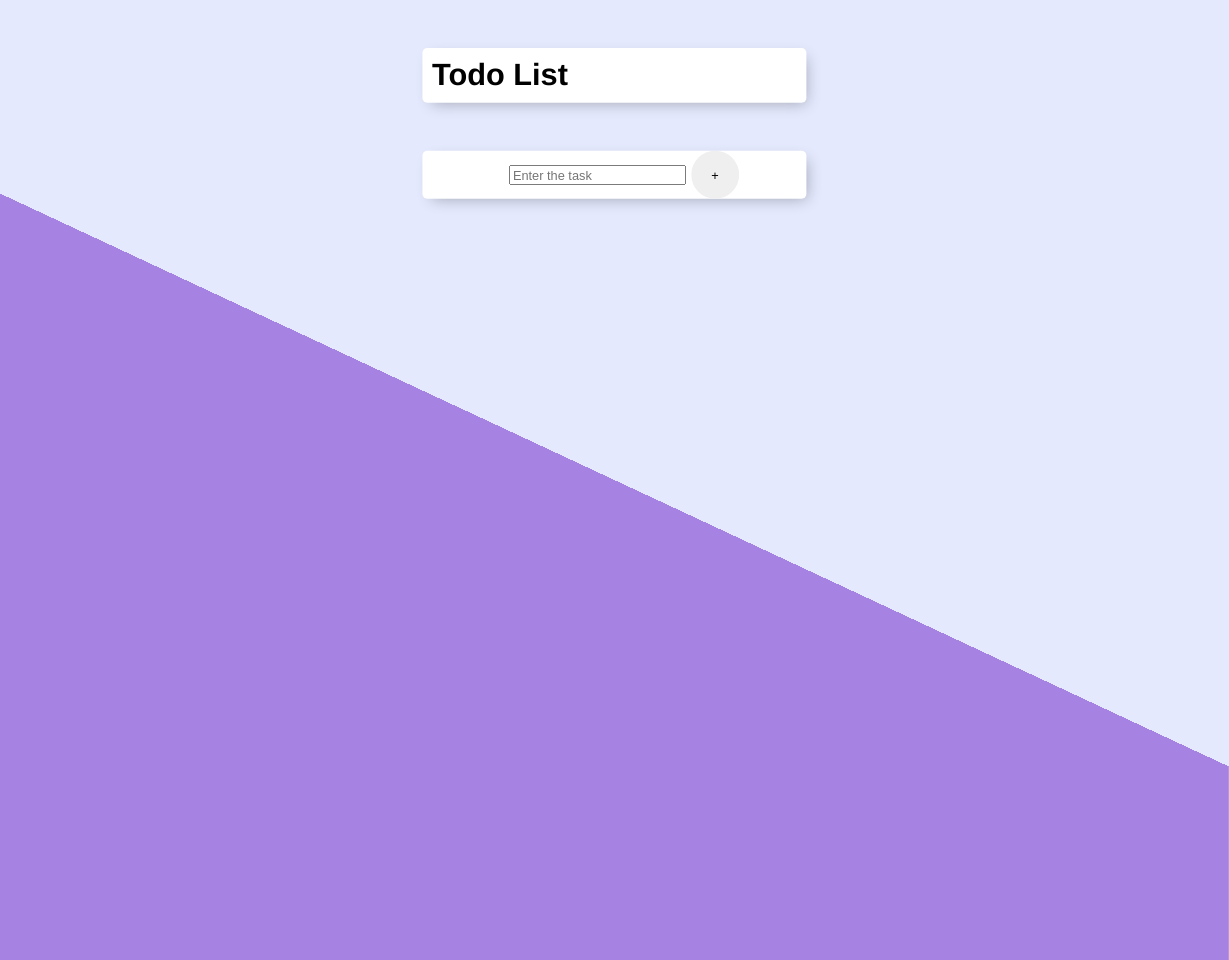
Repository: rupeshkofficial/Todo-List-Ver2
Page: http://localhost/
An editor plug-in stored every save of this project. The page is shown before and after the next save, followed by the edit.
The browser window is 1280 px wide. The pictures show the whole page, at 96% of full size.
The page is served by the project's Node server (app.js).

Above is the page before, as saved 2023-02-23 16:18:58.

After the next save:
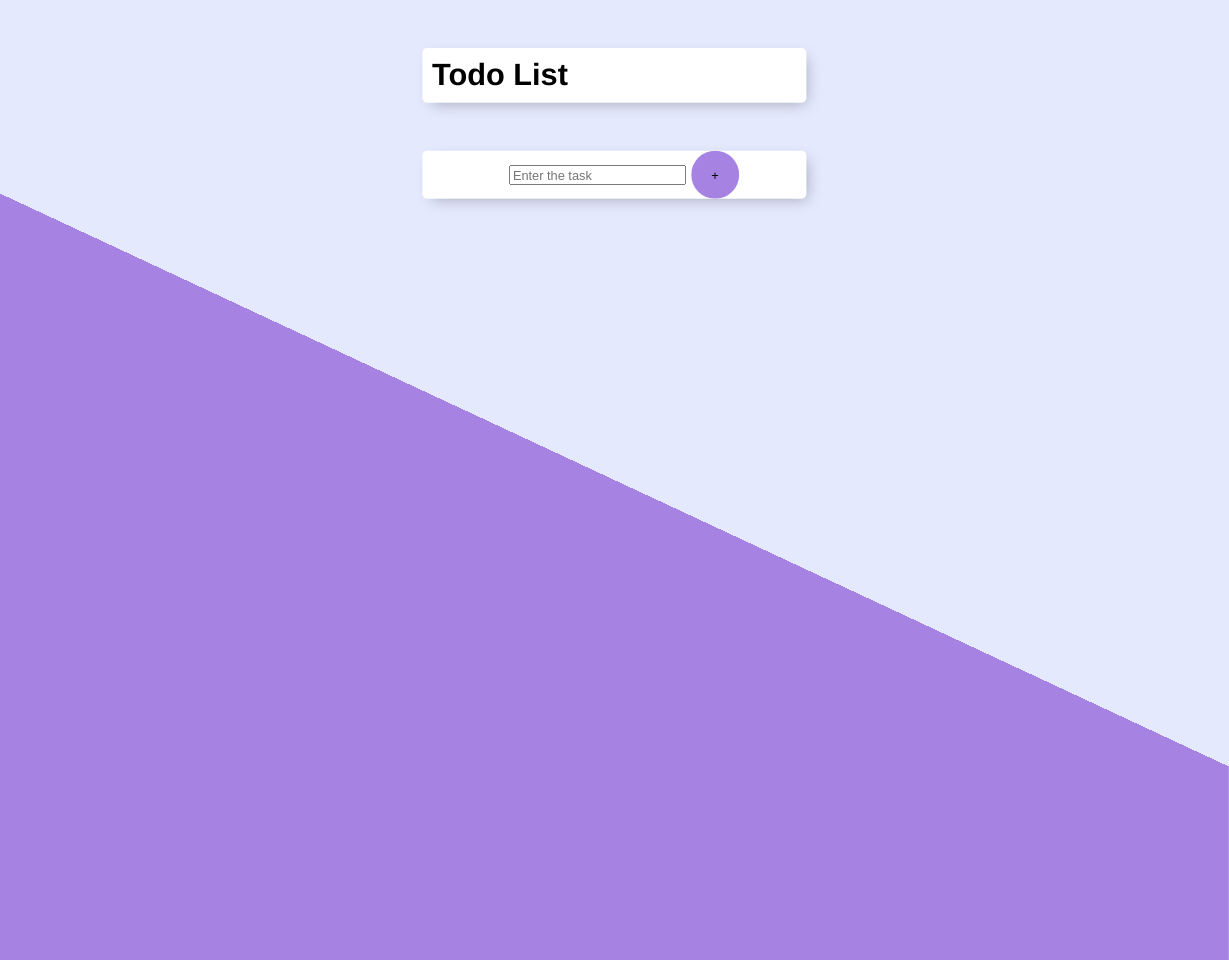
Saved 4 s later.
--- a/public/css/style.css
+++ b/public/css/style.css
@@ -62,5 +62,6 @@ button{
     width: 50px;
     border-radius: 50%;
     border-color: transparent;
-    background-color:#
+    background-color:#A683E3;
+
 }
